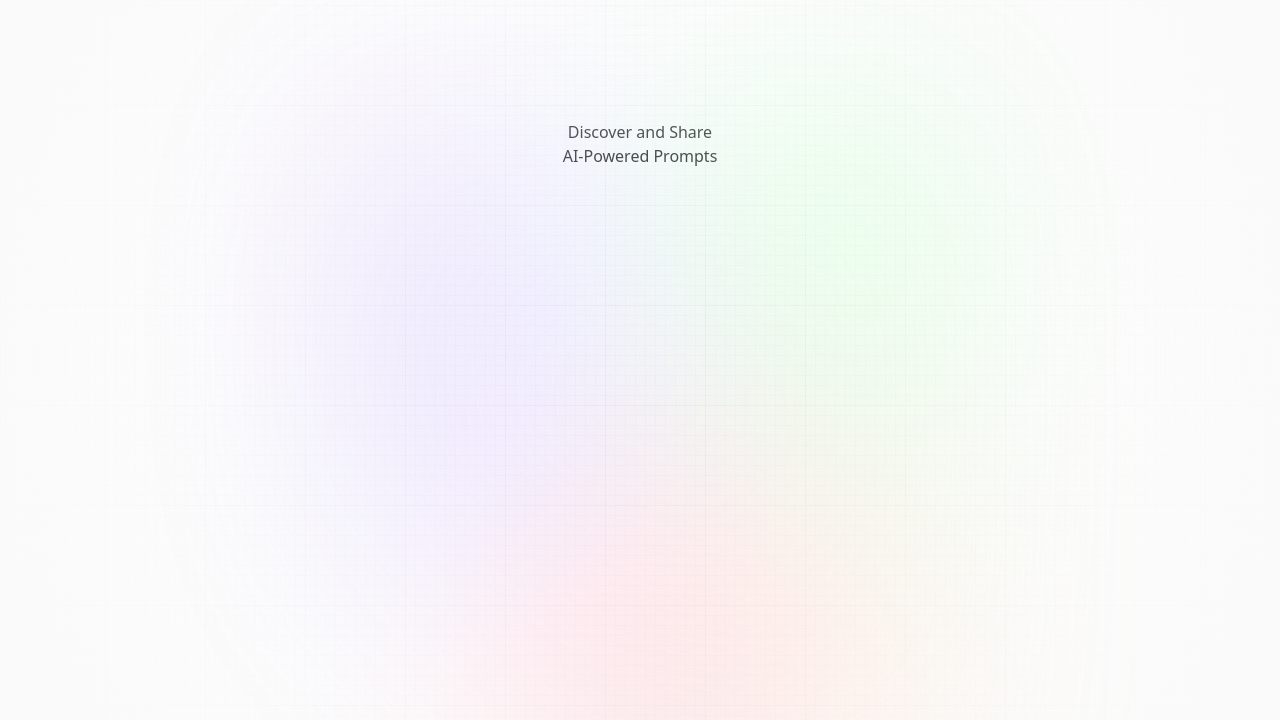
Repository: Nurlan-Bakenbaev/AI-prompts
Page: /
The author's editor kept a copy of each file at every save. The page is drawn from the files as they stood at one save, then again after the next save.
The browser window is 1280 px wide. The pictures show the whole page.
The project was rebuilt for these pictures with package versions that can differ from the ones it lists, and the page was loaded fresh each time. The framework's server and built-in components were replaced by stand-ins that run in the browser. Also part of the build but not shown: next.config.js.

Above is the page before, as saved 2023-09-21 11:22:28.

After the next save:
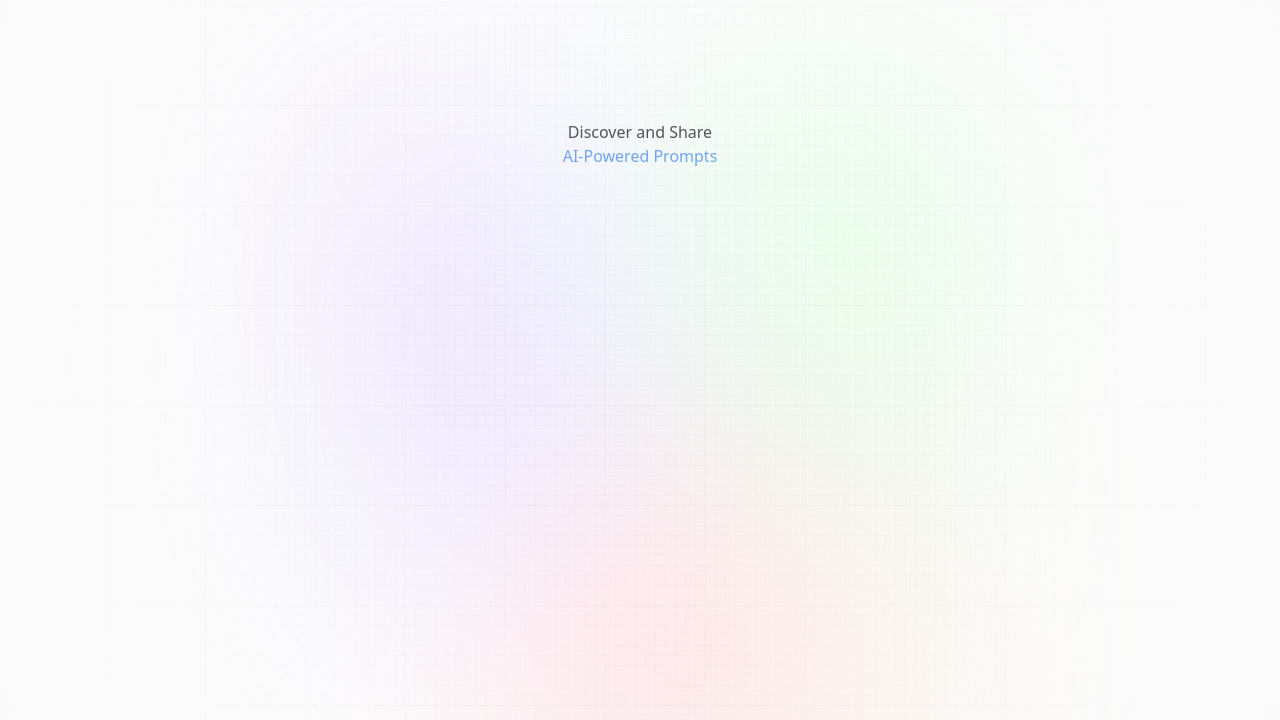
Saved 4 s later.
--- a/app/page.jsx
+++ b/app/page.jsx
@@ -4,7 +4,7 @@
       <h1 className="head_text text-center">
         Discover and Share
         <br className="max-md:hidden" />
-        <span className=" text-blue">AI-Powered Prompts</span>
+        <span className=" text-blue-500">AI-Powered Prompts</span>
       </h1>
     </section>
   );
